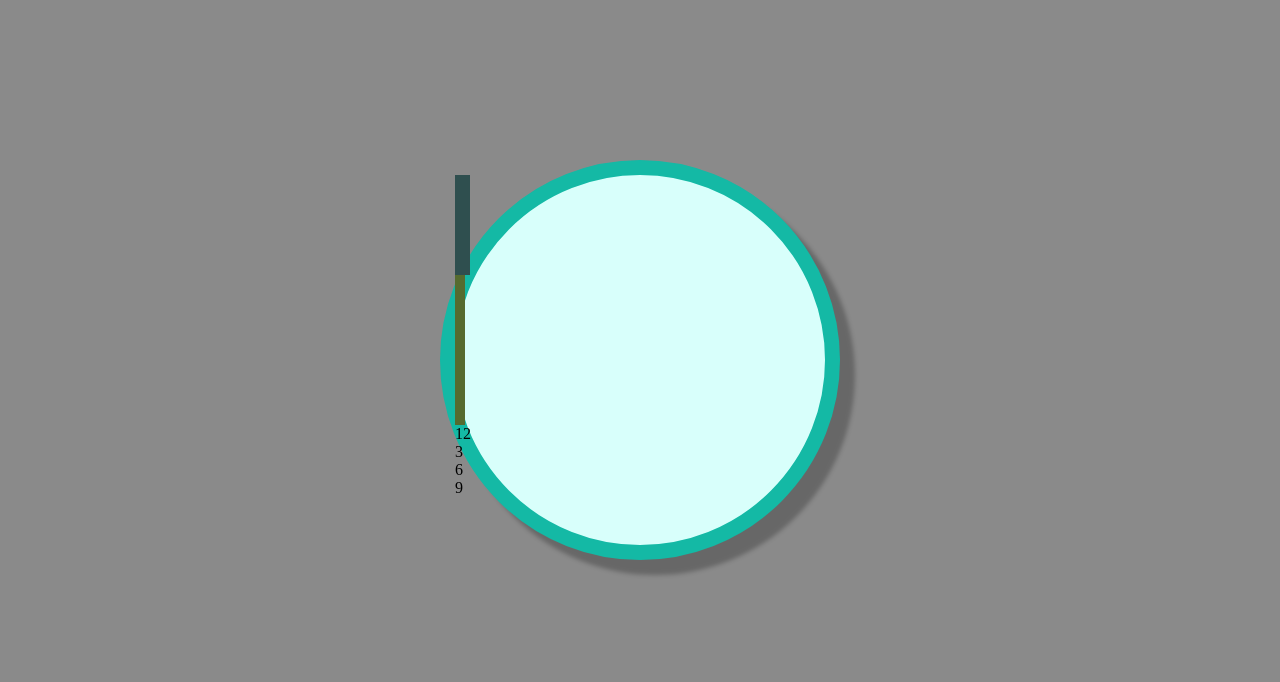
Repository: ChenWarren/web-clock
Page: index.html
The author's editor kept a copy of each file at every save. The page is drawn from the files as they stood at one save, then again after the next save.
The browser window is 1280 px wide. The pictures show the whole page.

Above is the page before, as saved 2021-03-18 20:52:04.

After the next save:
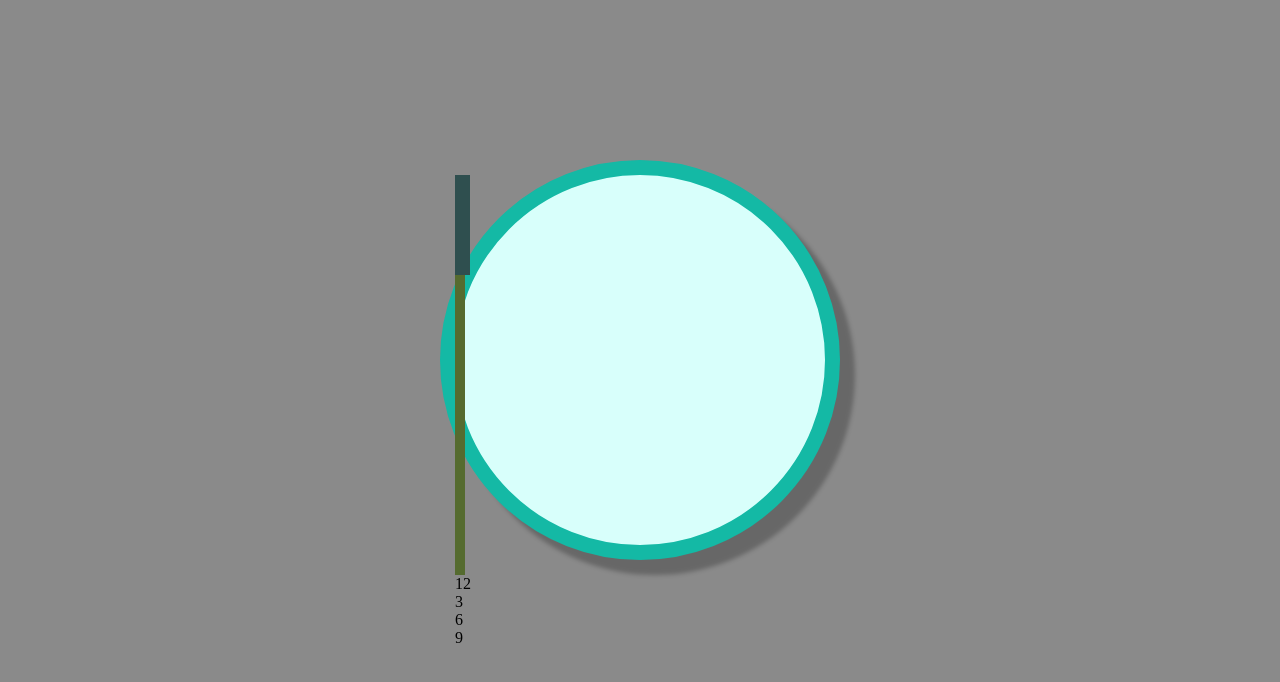
Saved 4 s later.
--- a/main.css
+++ b/main.css
@@ -36,7 +36,7 @@ body {
     background-color:darkolivegreen;
 }
 
-.minute {
+.second {
     width: 10px;
     height: 150px;
     background-color:darkolivegreen;
